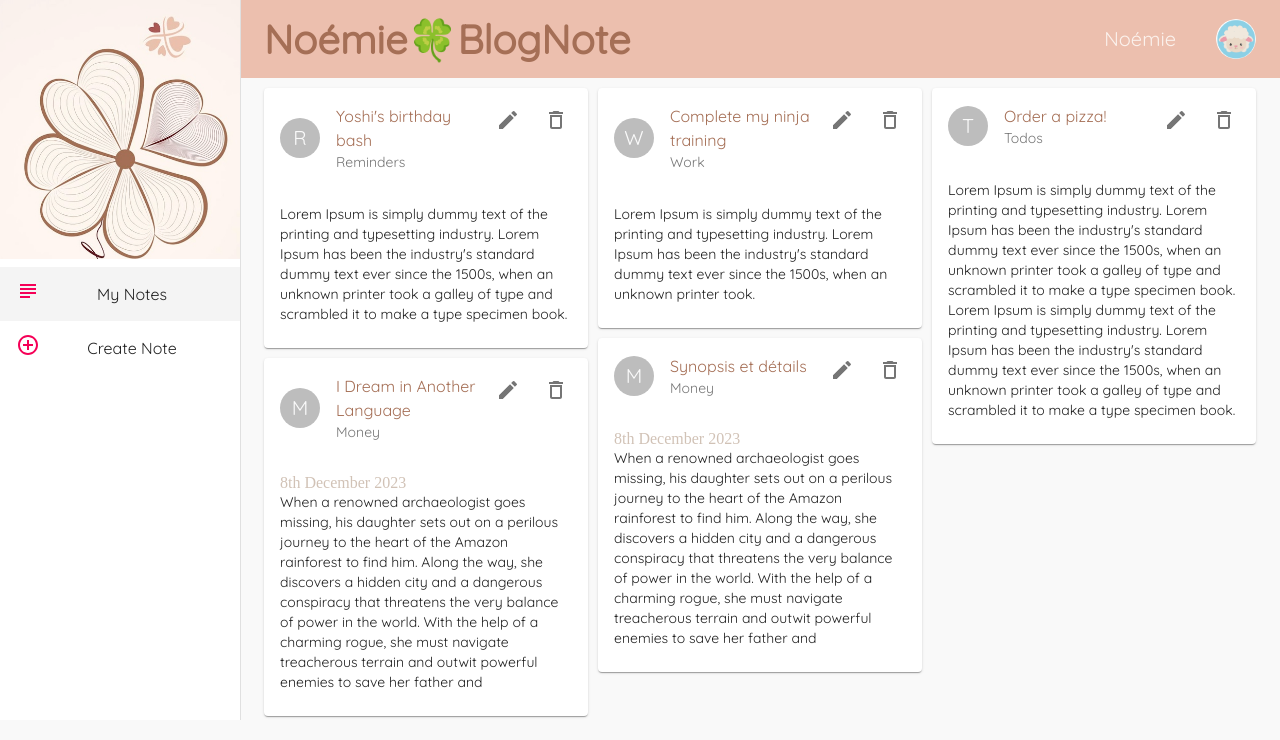
Repository: noemiepham/noemieblognote
Page: /
These files come from the project's save history. The page is drawn as it stood at one moment and after the next save; the edit follows.
The browser window is 1280 px wide. The pictures show the whole page.
The project was rebuilt for these pictures with package versions that can differ from the ones it lists, and the page was loaded fresh each time. Requests to the local data server were answered from the project's data file. Also part of the build but not shown: src/pages/Create.js.

Above is the page before, as saved 2023-12-08 16:55:51.

After the next save:
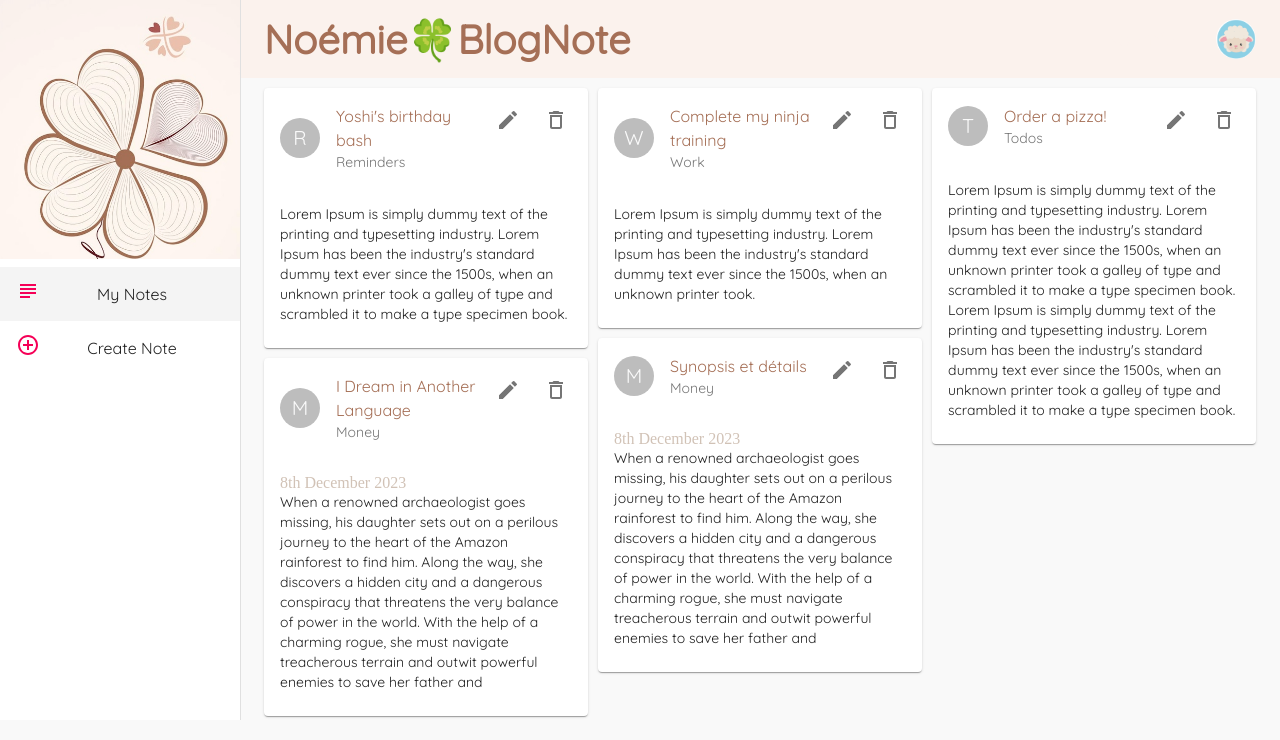
Saved 72 s later.
--- a/src/index.css
+++ b/src/index.css
@@ -38,7 +38,7 @@ img {
 }
 
 header.MuiPaper-root.MuiAppBar-root.MuiAppBar-positionFixed.MuiAppBar-colorPrimary.makeStyles-appbar-7.mui-fixed.MuiPaper-elevation0 {
-     background-color: #ecbfae;
+     background-color: #fbf2ed;
 }
 
 p.MuiTypography-root.makeStyles-date-9.MuiTypography-body1 {
